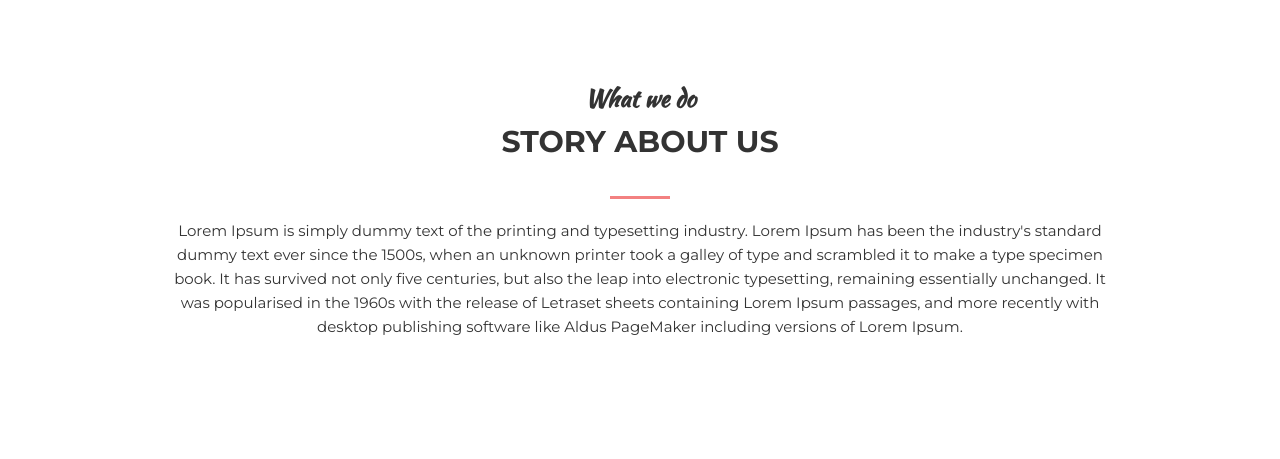
Repository: PGVlasov/MoGo
Page: index.html
The author's editor kept a copy of each file at every save. The page is drawn from the files as they stood at one save, then again after the next save.
The browser window is 1280 px wide. The pictures show the part of the page from y = 720 to 1179 px (the page is 1179 px tall).

Above is the page before, as saved 2022-06-29 12:41:11.

After the next save:
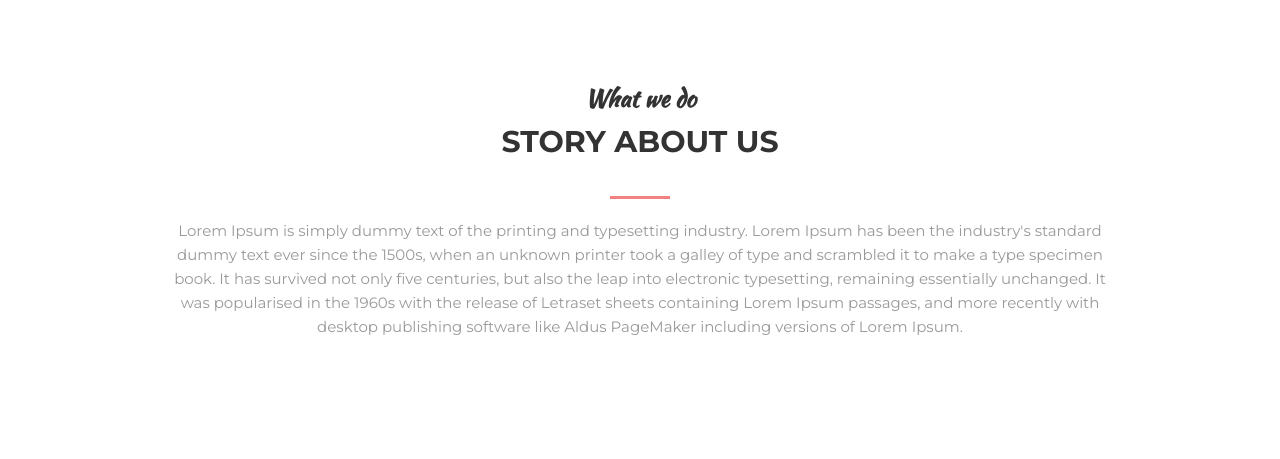
Saved 15 min 51 s later.
--- a/assets/css/style.css
+++ b/assets/css/style.css
@@ -263,3 +263,7 @@ h6 {
 
   margin: 30px auto 20px;
 }
+
+.section__text {
+  color: #999;
+}
